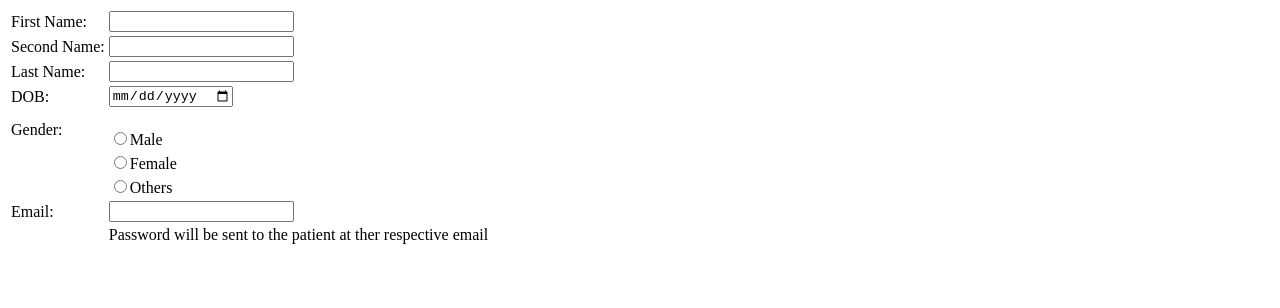
Repository: Asad0786/Learning-Java
Page: http://localhost/HMS/WEB-INF/patient_view/create.jsp
The author's editor kept a copy of each file at every save. The page is drawn from the files as they stood at one save, then again after the next save.
The browser window is 1280 px wide. The pictures show the whole page.
The page is served by Tomcat 9. Nobody is signed in. The template is opened directly, without the code that normally fills it, so the values that code supplies are empty.

Above is the page before, as saved 2023-05-12 16:54:14.

After the next save:
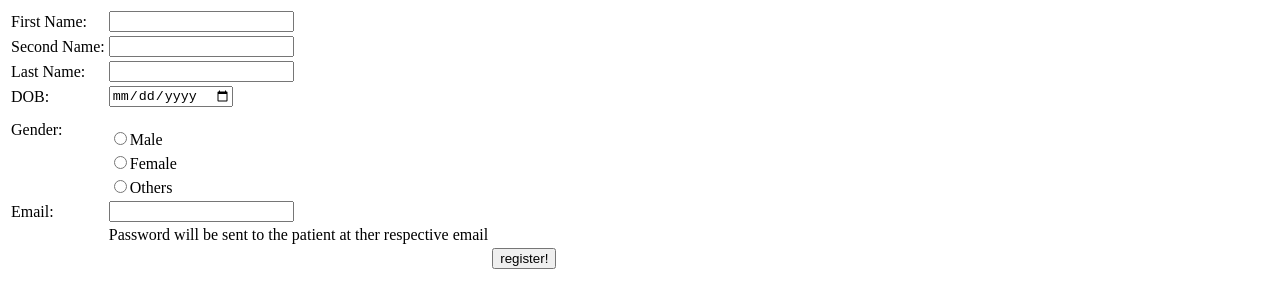
Saved 57 s later.
--- a/HMS/src/main/webapp/WEB-INF/patient_view/create.jsp
+++ b/HMS/src/main/webapp/WEB-INF/patient_view/create.jsp
@@ -48,6 +48,12 @@
 				<td></td>
 				<td>Password will be sent to the patient at ther respective email</td>
 			</tr>
+
+			<tr>
+				<td></td>
+				<td></td>
+				<td><input type="submit" value="register!"></td>
+			</tr>
 		</table>
 	</form>
 
